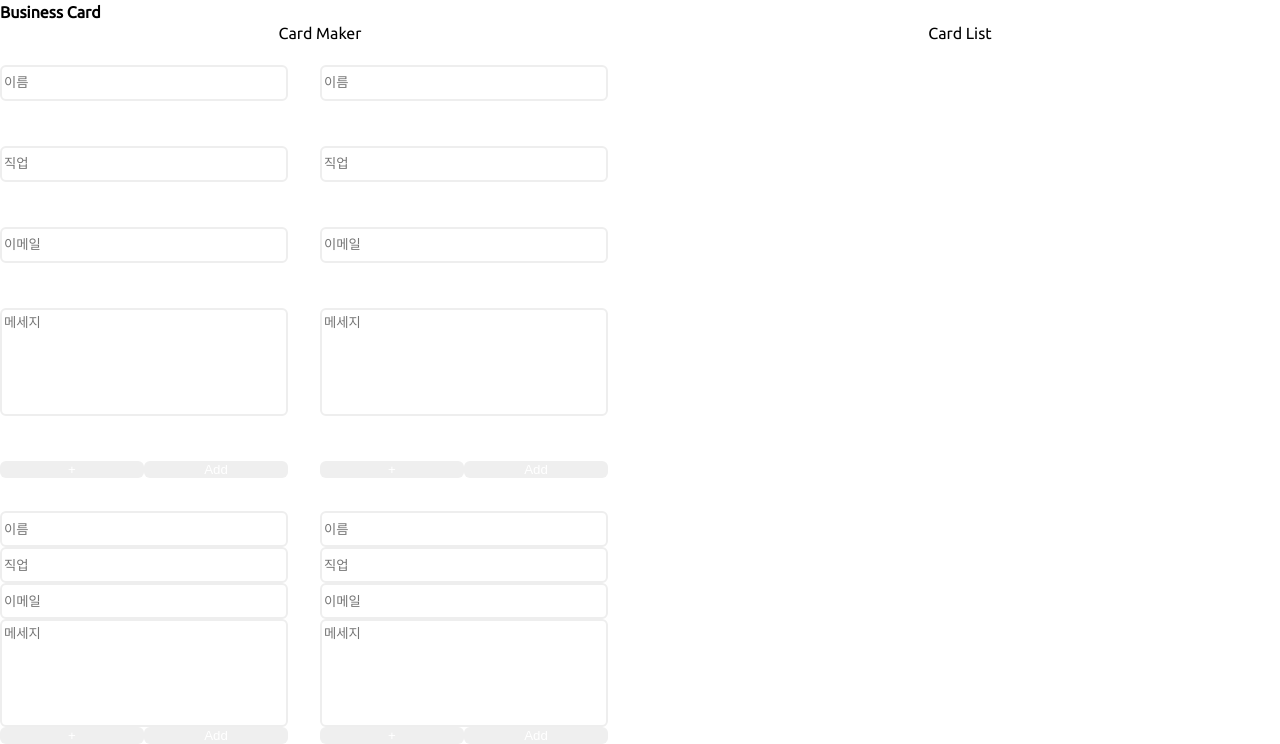
Repository: momo0170/react_businesscard
Page: /main
These files come from the project's save history. The page is drawn as it stood at one moment and after the next save; the edit follows.
The browser window is 1280 px wide. The pictures show the whole page.
The page's requests for data from a server got no answer. The project was rebuilt for these pictures with package versions that can differ from the ones it lists, and the page was loaded fresh each time. No one was signed in, and anything a server would have sent is missing. Also part of the build but not shown: src/css/login.module.css, src/route/login.jsx.

Above is the page before, as saved 2022-08-14 22:09:33.

After the next save:
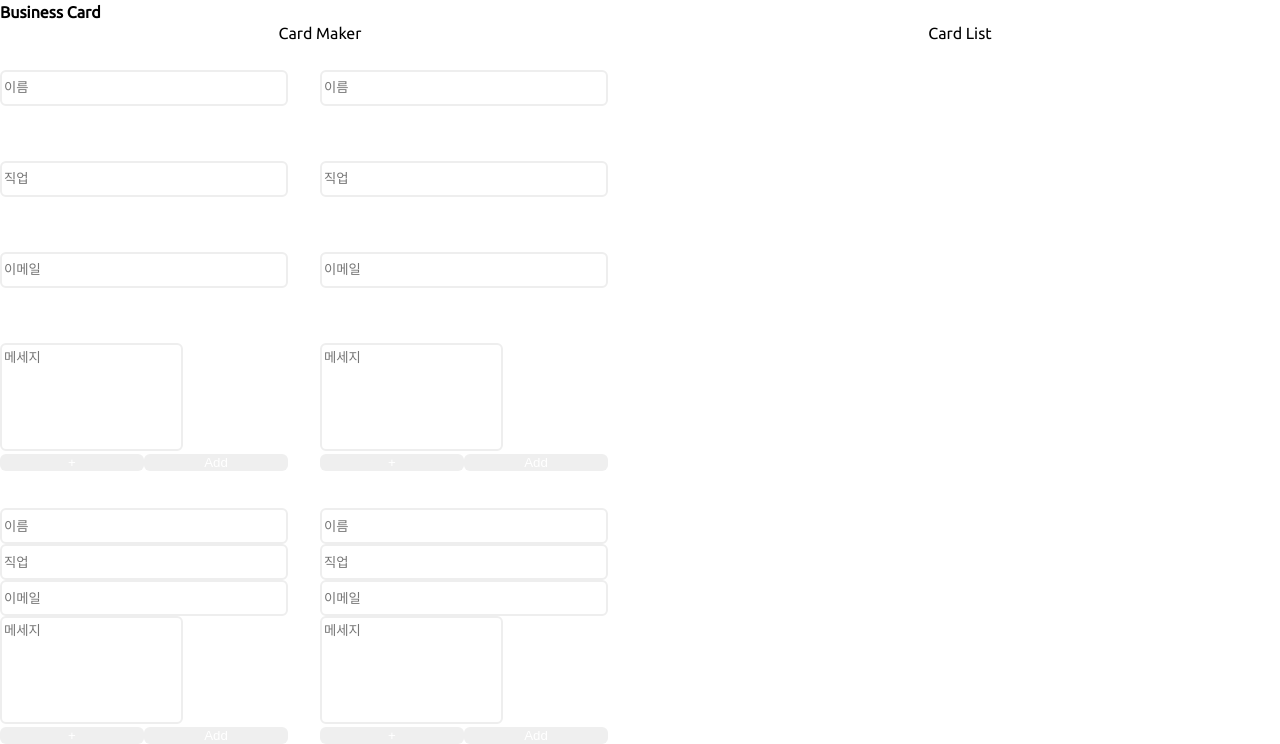
Saved 10 s later.
--- a/src/components/cardMaker.jsx
+++ b/src/components/cardMaker.jsx
@@ -6,10 +6,12 @@
       <input className={styles.name} placeholder="이름" />
       <input className={styles.job} placeholder="직업" />
       <input className={styles.email} placeholder="이메일" />
-      <textarea className={styles.message} placeholder="메세지" />
-      <div className={styles.btns}>
-        <button className={styles.photoBtn}>+</button>
-        <button className={styles.addBtn}>Add</button>
+      <div>
+        <textarea className={styles.message} placeholder="메세지" />
+        <div className={styles.btns}>
+          <button className={styles.photoBtn}>+</button>
+          <button className={styles.addBtn}>Add</button>
+        </div>
       </div>
     </div>
   );

After the save that followed:
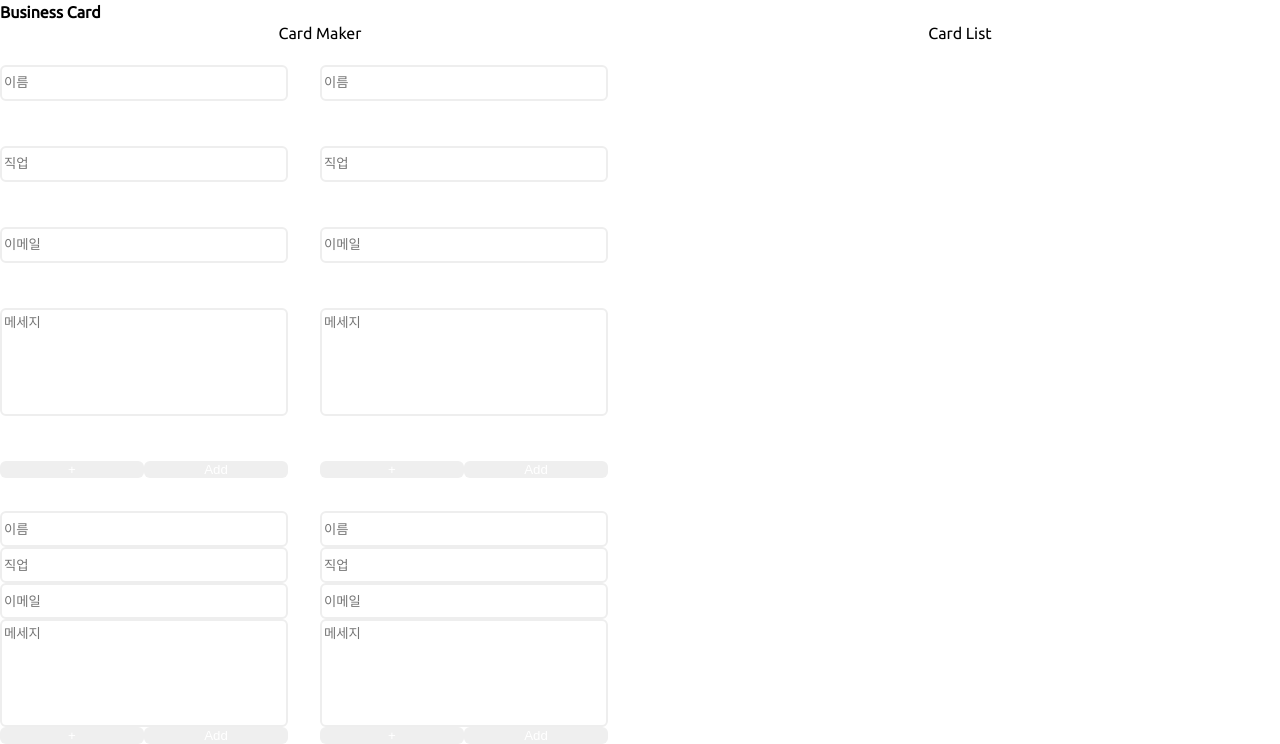
Saved 38 s later.
--- a/src/components/cardMaker.jsx
+++ b/src/components/cardMaker.jsx
@@ -6,12 +6,10 @@
       <input className={styles.name} placeholder="이름" />
       <input className={styles.job} placeholder="직업" />
       <input className={styles.email} placeholder="이메일" />
-      <div>
-        <textarea className={styles.message} placeholder="메세지" />
-        <div className={styles.btns}>
-          <button className={styles.photoBtn}>+</button>
-          <button className={styles.addBtn}>Add</button>
-        </div>
+      <textarea className={styles.message} placeholder="메세지" />
+      <div className={styles.btns}>
+        <button className={styles.photoBtn}>+</button>
+        <button className={styles.addBtn}>Add</button>
       </div>
     </div>
   );
